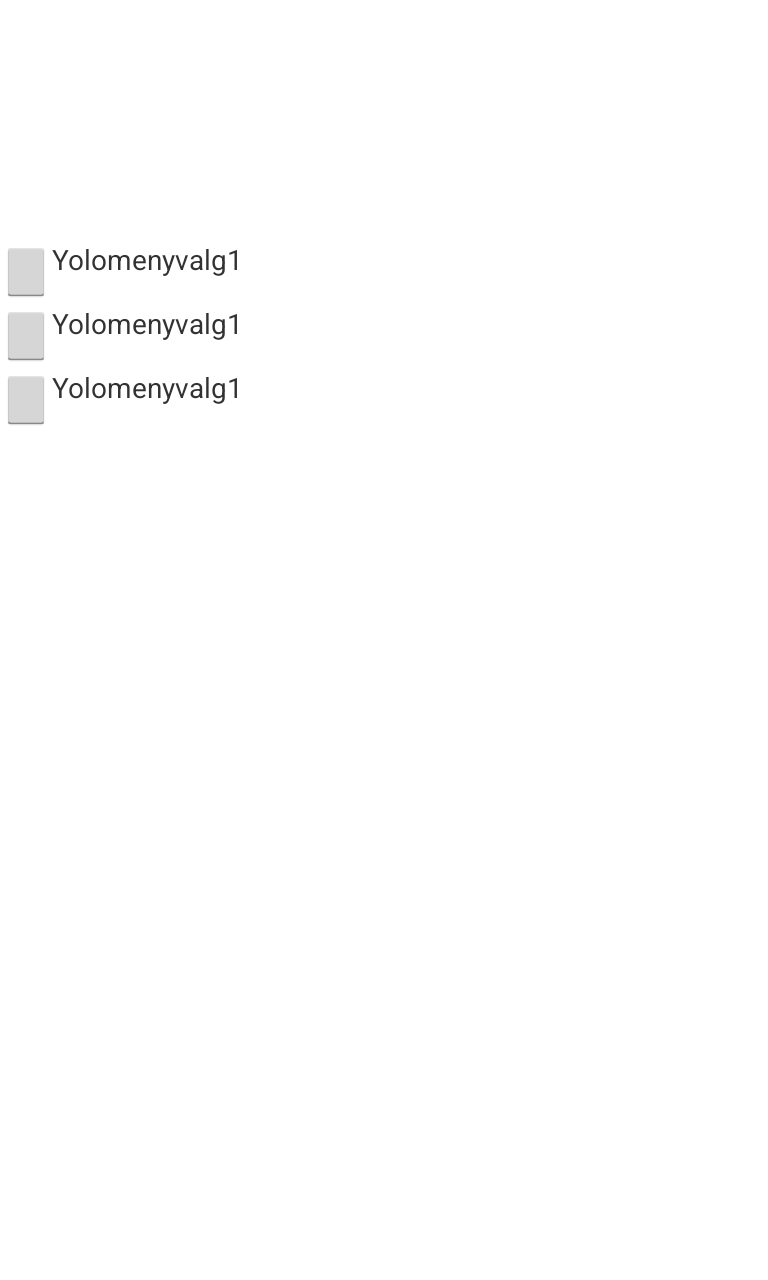
Repository: pumalove/workspace
Layout: MainActivity/res/layout/gridview.xml
The author's editor kept a copy of each file at every save. The layout is drawn from the files as they stood at one save, then again after the next save.
It is drawn on a 768 x 1280 px phone screen (xhdpi) without system bars, with theme AppTheme; the app's code is not run. Lists and similar views that code fills are empty.

Above is the layout before, as saved 2014-03-12 13:53:29.

### MainActivity/res/layout/gridview.xml
<?xml version="1.0" encoding="utf-8"?>
<LinearLayout xmlns:android="http://schemas.android.com/apk/res/android"
    android:layout_width="match_parent"
    android:layout_height="wrap_content"
    android:orientation="vertical"
    android:layout_marginLeft="15dp"
    android:layout_marginRight="15dp">

    <LinearLayout
        android:layout_marginBottom="20dp"
        android:layout_width="fill_parent"
        android:layout_height="wrap_content">

        <GridView
            android:id="@+id/gridview"
            android:layout_width="fill_parent"
            android:layout_height="100dp"
            android:columnWidth="90dp"
            android:numColumns="auto_fit"
            android:verticalSpacing="10dp"
            android:horizontalSpacing="10dp"
            android:stretchMode="columnWidth"
            android:gravity="center"
            />
	</LinearLayout>


    <LinearLayout
        android:id="@+id/linearlayout2"
        android:layout_width="fill_parent"
        android:layout_height="wrap_content"
        android:layout_gravity="center"
        android:orientation="vertical"
        android:layout_below="@id/gridview">

        <LinearLayout
            android:layout_width="fill_parent"
            android:layout_height="wrap_content"
            android:orientation="horizontal"
            android:layout_gravity="center">

            <ImageButton
                android:layout_width="wrap_content"
                android:layout_height="wrap_content"
                android:id="@+id/imageButton"
                android:layout_gravity="center"
                />

            <TextView
                android:layout_width="wrap_content"
                android:layout_height="wrap_content"
                android:text="Yolomenyvalg1"/>

            </LinearLayout>


        <LinearLayout
            android:layout_width="fill_parent"
            android:layout_height="wrap_content"
            android:orientation="horizontal">

            <ImageButton
                android:layout_width="wrap_content"
                android:layout_height="wrap_content"
                android:id="@+id/imageButton2"
                android:layout_gravity="center"
                />

            <TextView
                android:layout_width="wrap_content"
                android:layout_height="wrap_content"
                android:text="Yolomenyvalg1"/>

        </LinearLayout>

        <LinearLayout
            android:layout_width="fill_parent"
            android:layout_height="wrap_content"
            android:orientation="horizontal">

            <ImageButton
                android:layout_width="wrap_content"
                android:layout_height="wrap_content"
                android:id="@+id/imageButton3"
                android:layout_gravity="center"
                />

            <TextView
                android:layout_width="wrap_content"
                android:layout_height="wrap_content"
                android:text="Yolomenyvalg1"/>

        </LinearLayout>
    </LinearLayout>



</LinearLayout>

Loaded but not shown: MainActivity/res/values/styles.xml (common file); MainActivity/res/values-v11/styles.xml (common file); MainActivity/res/values-v14/styles.xml (common file)

After the next save:
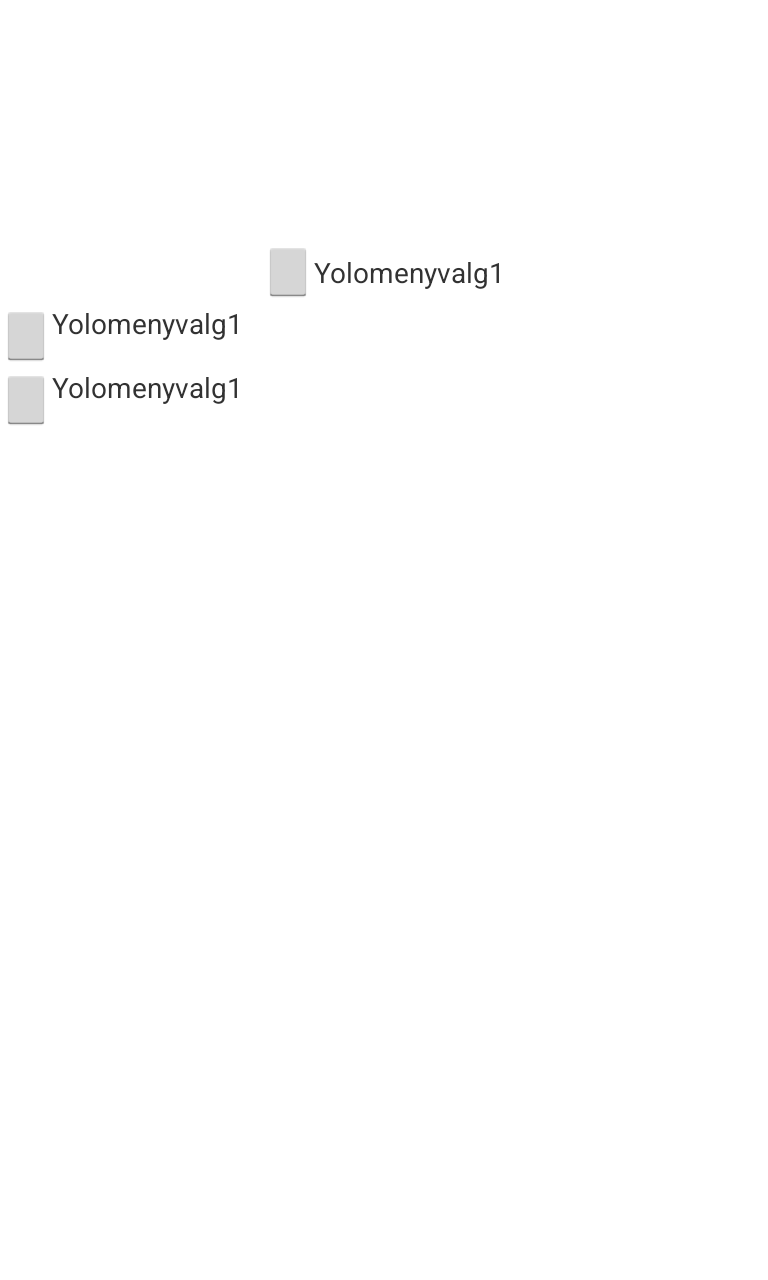
Saved 9 s later.
--- a/MainActivity/res/layout/gridview.xml
+++ b/MainActivity/res/layout/gridview.xml
@@ -37,7 +37,7 @@
             android:layout_width="fill_parent"
             android:layout_height="wrap_content"
             android:orientation="horizontal"
-            android:layout_gravity="center">
+            android:gravity="center">
 
             <ImageButton
                 android:layout_width="wrap_content"
